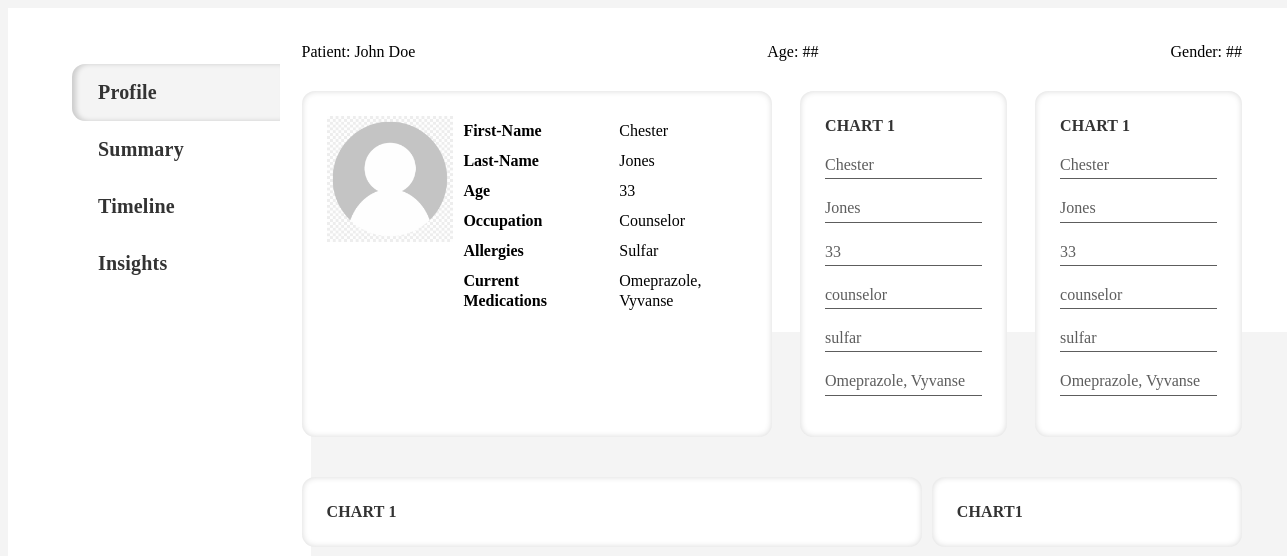
Repository: ariellecerini/clinical-reasoning
Page: /
An editor plug-in stored every save of this project. The page is shown before and after the next save, followed by the edit.
The browser window is 1280 px wide. The page is 1287 px wide, so the pictures cover 1287 px, including what lies to the right of the window. The pictures show the whole page.
The project was rebuilt for these pictures with package versions that can differ from the ones it lists, and the page was loaded fresh each time.

Above is the page before, as saved 2021-07-19 00:04:16.

After the next save:
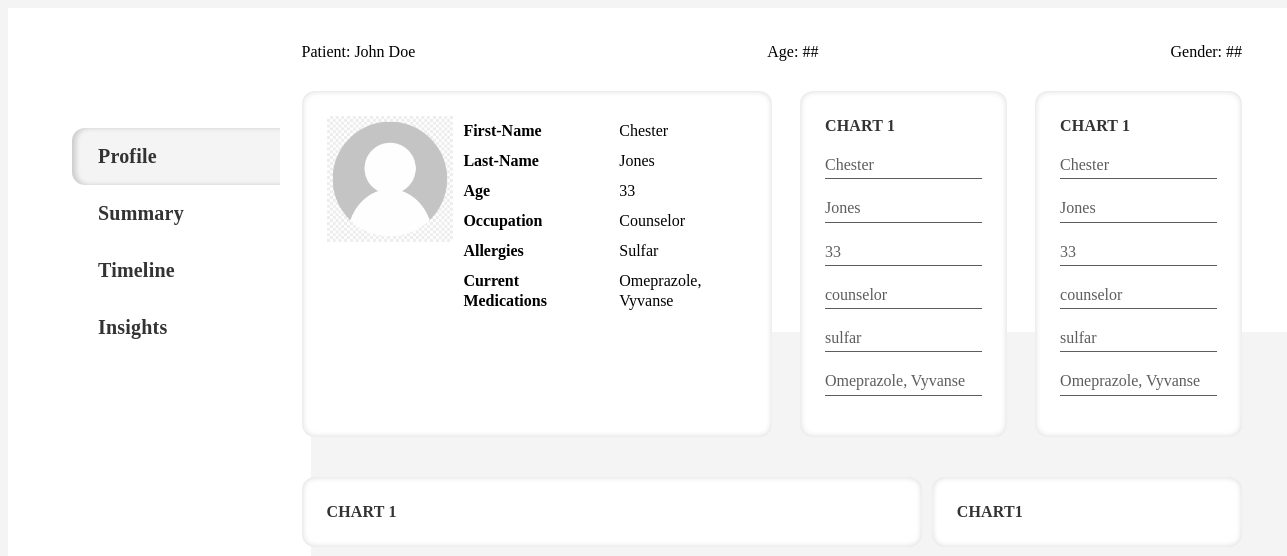
Saved 5 s later.
--- a/src/stories/Dashboard/Menu/SidePanel/Sidebar.vue
+++ b/src/stories/Dashboard/Menu/SidePanel/Sidebar.vue
@@ -51,7 +51,7 @@
         height: 100vh;
         z-index: 999;
         padding: 3rem 20px 2rem 20px;
-        padding-top: 5%;
+        padding-top: 10%;
         width: 300px;
     }
 </style>
